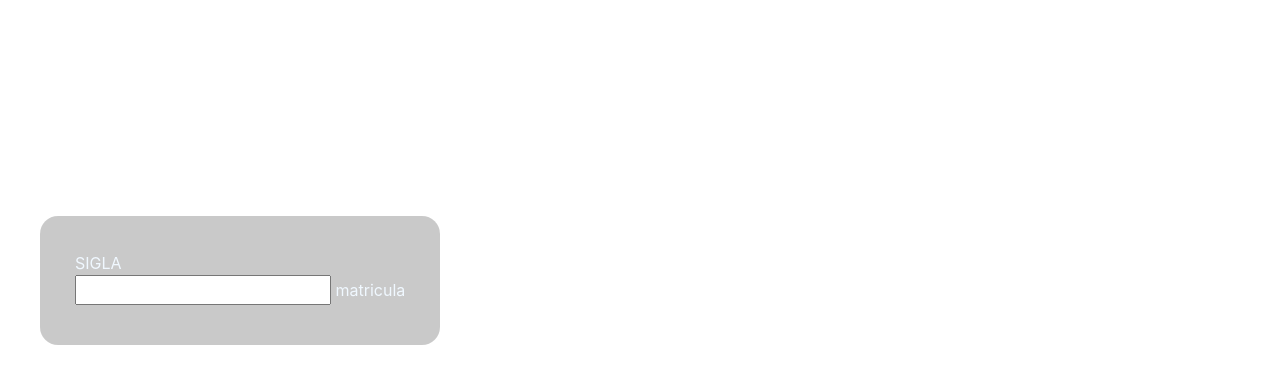
Repository: Melancia06/agenda
Page: index.html
An editor plug-in stored every save of this project. The page is shown before and after a run of saves, followed by the edit.
The browser window is 1280 px wide. The pictures show the whole page.

Above is the page before, as saved 2024-08-08 09:22:35.

### index.html
<!DOCTYPE html>
<html lang="en">
<head>
    <meta charset="UTF-8">
    <meta name="viewport" content="width=device-width, initial-scale=1.0">
    <link rel="stylesheet" href="css/bootstrap.css">
    <link rel="stylesheet" href="css/fontawasome.css">
    <link rel="stylesheet" href="css/css.css">
    <title>começando a fazer esboço do sigla</title>
</head>
<body>
    <div class="marca" > SIGLA
        <br>
        <input type="text" name="matricula" id="matricula" class="input" required>
        <label for="matricula">matricula</label>
    </div>
</body>
</html>

### css/css.css
.marca{
    position: absolute;
   background-color:rgba(78, 78, 78, 0.3);
   left: 40px;
   top: 30%;
    padding: 35px;
    border-radius: 18px;
    color: aliceblue;
}

Loaded but not shown: css/bootstrap.css (library); css/fontawasome.css (4616 lines, source omitted)

After the next 2 saves:
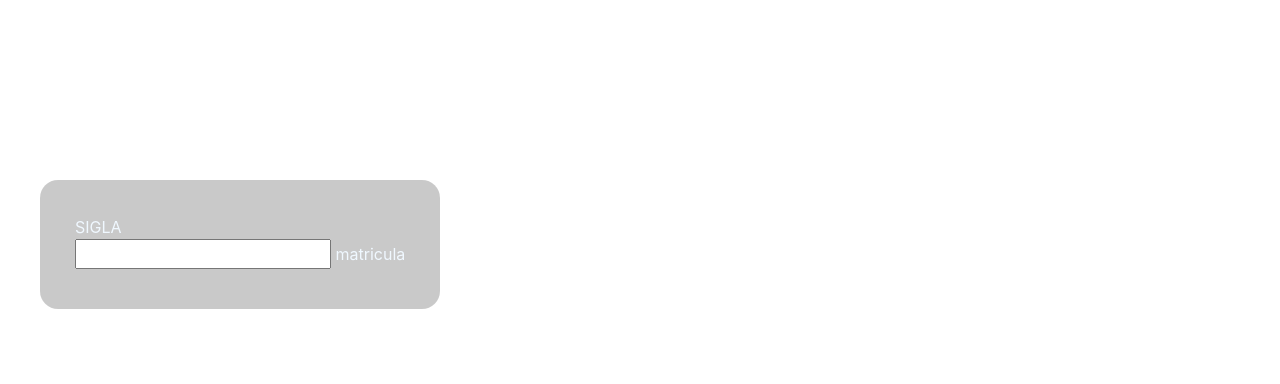
The 2 saves are shown as one change because they came seconds apart.
The last was saved 7 s later.
--- a/css/css.css
+++ b/css/css.css
@@ -2,7 +2,7 @@
     position: absolute;
    background-color:rgba(78, 78, 78, 0.3);
    left: 40px;
-   top: 30%;
+   top: 25%;
     padding: 35px;
     border-radius: 18px;
     color: aliceblue;
